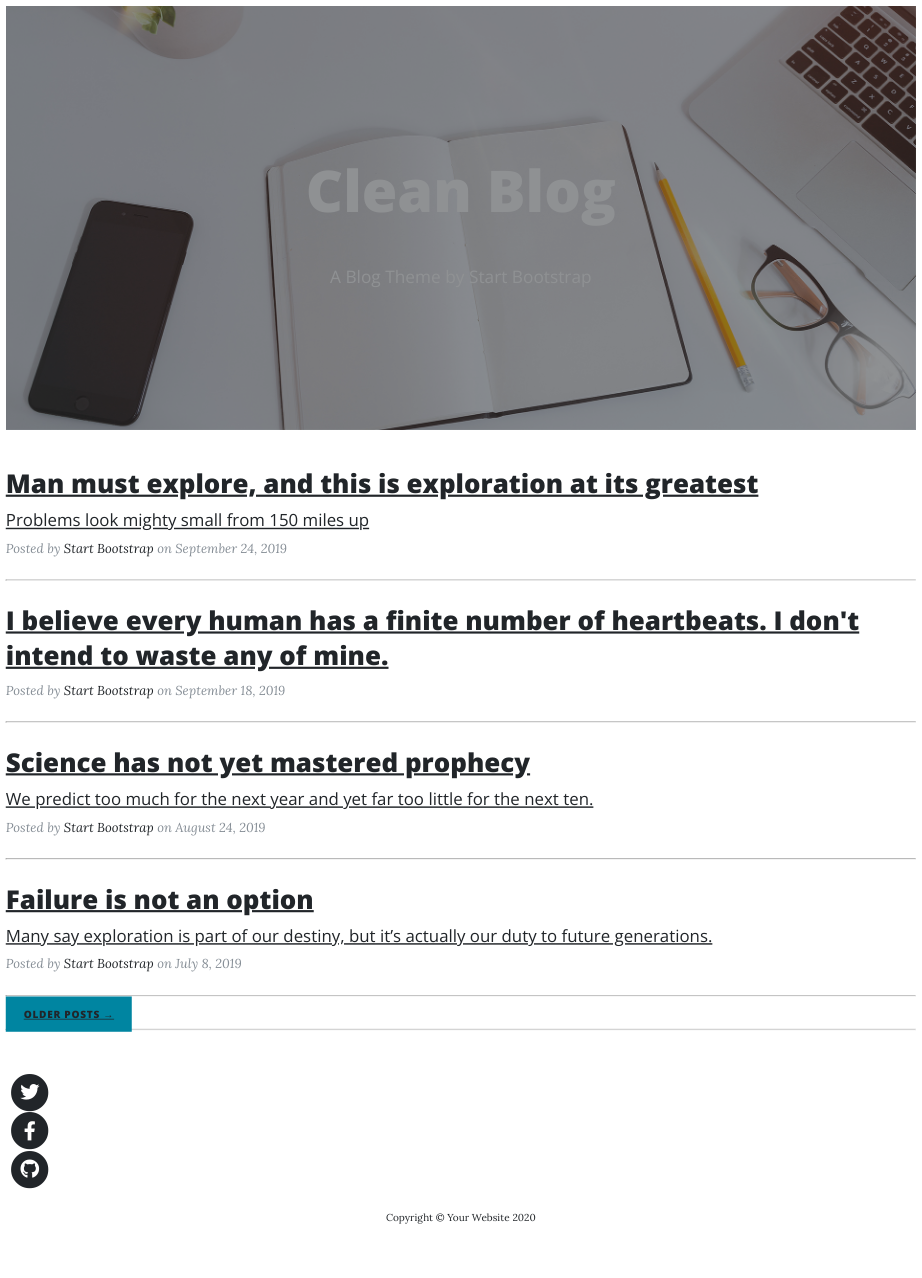
Repository: elvinyeka/elvin-blog
Page: http://localhost/
The author's editor kept a copy of each file at every save. The page is drawn from the files as they stood at one save, then again after the next save.
The browser window is 1280 px wide. The pictures show the whole page, at 72% of full size.
The page is served by the project's application, run on Flask 3 (CLEANBLOG/__init__.py).

Above is the page before, as saved 2020-10-11 18:59:07.
Not found: static/bootstasp.min.css

After the next save:
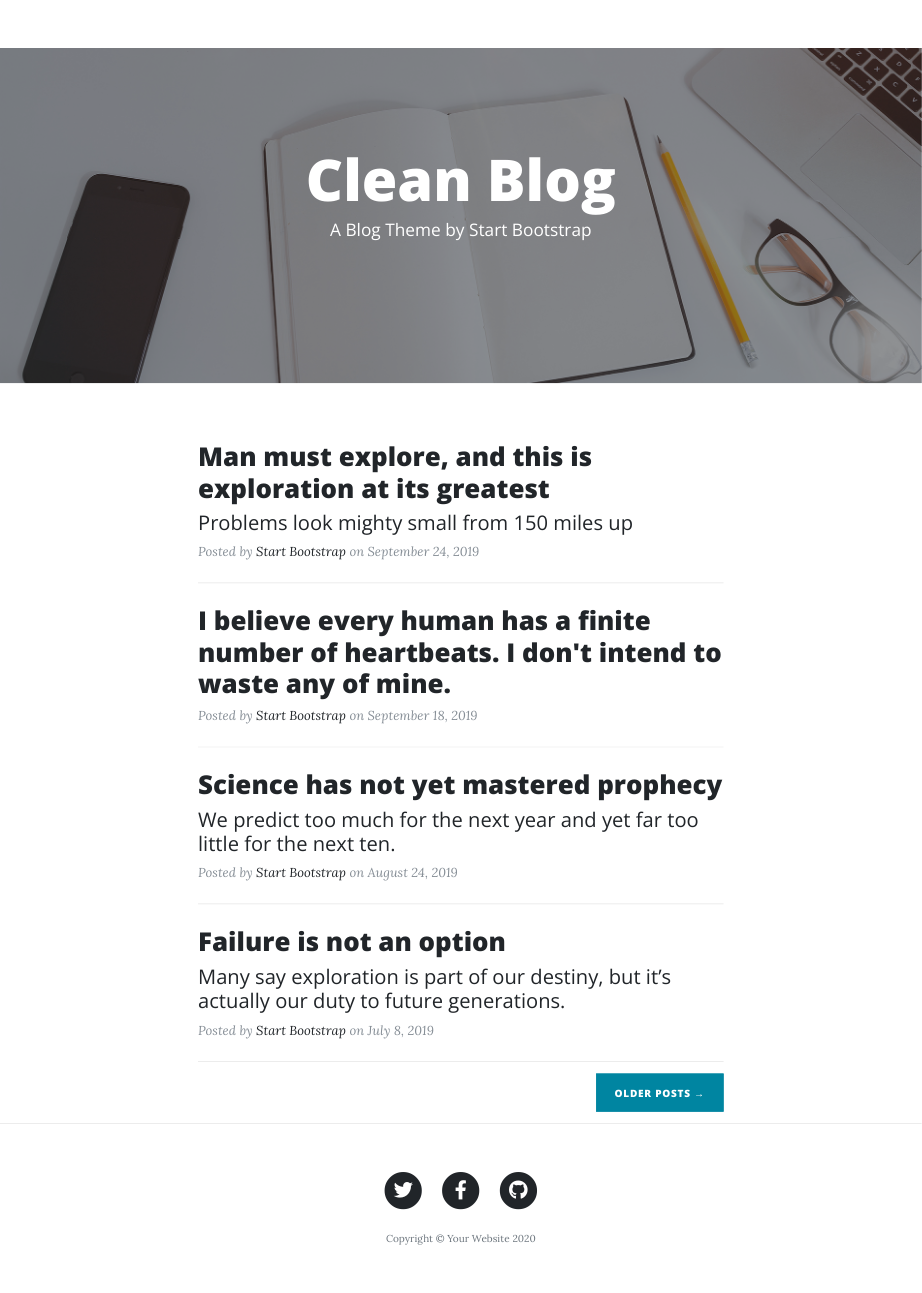
Saved 27 s later.
--- a/CLEANBLOG/templates/index.html
+++ b/CLEANBLOG/templates/index.html
@@ -11,7 +11,7 @@
     <title>Clean Blog - Start Bootstrap Theme</title>
 
     <!-- Bootstrap core CSS -->
-    <link href="{{url_for('static', filename='bootstasp.min.css')}}" rel="stylesheet">
+    <link href="{{url_for('static', filename='bootstrap.min.css')}}" rel="stylesheet">
 
     <!-- Custom fonts for this template -->
     <link href="vendor/fontawesome-free/css/all.min.css" rel="stylesheet" type="text/css">
